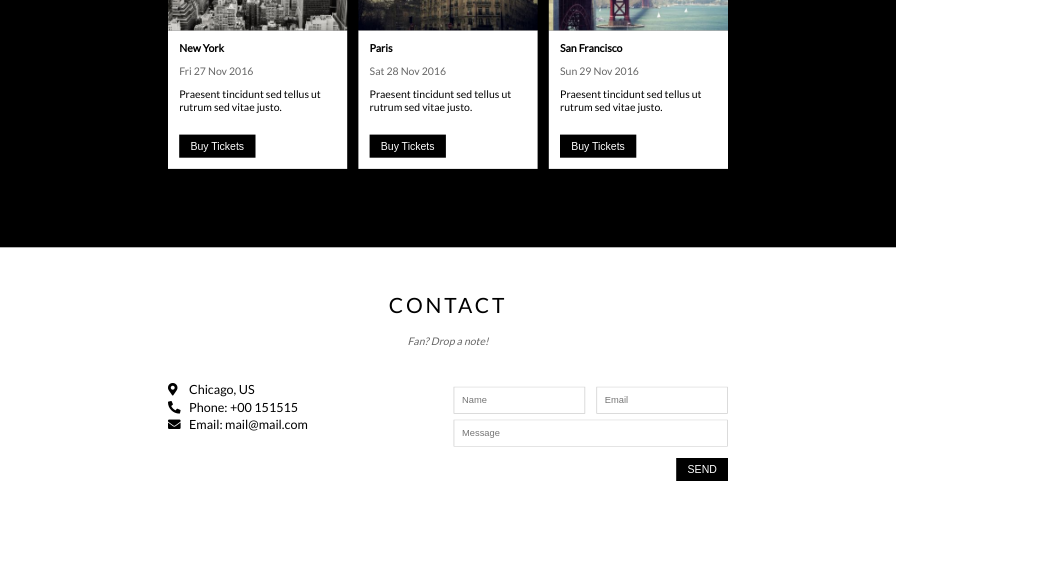
Repository: nguyenthaicong265/w3-band
Page: index.html
An editor plug-in stored every save of this project. The page is shown before and after the next save, followed by the edit.
The browser window is 1280 px wide. The page is 1280 px wide, then 1489 px, so the pictures cover 1489 px, including what lies to the right of the window. The pictures show the part of the page from y = 1885 to 3525 px (the page is 2697 px tall before and 3525 px after), at 70% of full size.

Above is the page before, as saved 2022-01-05 01:20:31.

### index.html
<!DOCTYPE html>
<html lang="en">
<head>
    <meta charset="UTF-8">
    <meta http-equiv="X-UA-Compatible" content="IE=edge">
    <meta name="viewport" content="width=device-width, initial-scale=1.0">
    <title>Document</title>
    <link rel="stylesheet" href="./assets/css/styles.css">
    <link rel="stylesheet" href="https://fonts.googleapis.com/css?family=Lato">
    <link rel="stylesheet" href="./assets/font/themify-icons-font/themify-icons/themify-icons.css">
    <link rel="stylesheet" href="./assets/font/fontawesome-free-5.15.4-web/css/all.css">
</head>
<body>
    <div id="main">
        <div id="header">
            <ul id="nav">
                <li><a href="">Home</a></li>
                <li><a href="">Band</a></li>
                <li><a href="">Tour</a></li>
                <li><a href="">Contact</a></li>
                <li>
                    <a href="#">
                        More
                        <i class="fas fa-sort-down"></i>
                    </a>
                    <ul class="subnav">
                        <li><a href="#">Merchandise</a></li>
                        <li><a href="#">Extras</a></li>
                        <li><a href="#">Media</a></li>
                    </ul>
                </li>
            </ul>
            <div class="search-button">
                <i class="fas fa-search text-white"></i>
            </div>
        </div>

        <div id="slider">
            <div class="text-content text-white">
                <h2 class="text-head">Los Angeles
                </h2>
                <div class="text-description">We had the best time playing at Venice Beach!
                </div>
            </div>
        </div>

        <div id="content">
            <!-- About-section -->
            <div class="band-section">
                <div class="content-section">
                    <h2 class="section-heading">
                    THE BAND
                    </h2>
                    <p class="section-sub-heading">
                    We love music
                    </p>
                    <p class="about-text">We have created a fictional band website. Lorem ipsum dolor sit amet, consectetur adipiscing elit, sed do eiusmod tempor incididunt ut labore et dolore magna aliqua. Ut enim ad minim veniam, quis nostrud exercitation ullamco laboris nisi ut aliquip ex ea commodo consequat. Duis aute irure dolor in reprehenderit in voluptate velit esse cillum dolore eu fugiat nulla pariatur. Excepteur sint occaecat cupidatat non proident, sunt in culpa qui officia deserunt mollit anim id est laborum consectetur adipiscing elit, sed do eiusmod tempor incididunt ut labore et dolore magna aliqua. Ut enim ad minim veniam, quis nostrud exercitation ullamco laboris nisi ut aliquip ex ea commodo consequat.
                    </p>

                    <!-- Member -->
                    <div class="members-list">
                        <div class="member-item">
                            <p class="member-name">Name</p>
                            <img src="./assets/img/band/member1.jpg" alt="Name" class="member-avatar">
                        </div>

                        <div class="member-item">
                            <p class="member-name">Name</p>
                            <img src="./assets/img/band/member1.jpg" alt="Name" class="member-avatar">
                        </div>

                        <div class="member-item">
                            <p class="member-name">Name</p>
                            <img src="./assets/img/band/member1.jpg" alt="Name" class="member-avatar">
                        </div>
                    </div>
                </div>
            </div>

            <!-- Tour-section -->
            <div class="tour-section">
                <div class="content-section">
                    <h2 class="section-heading text-white">
                    TOUR DATES
                    </h2>
                    <p class="section-sub-heading text-white">
                    Remember to book your tickets!
                    </p>

                    <!-- Tickets  -->
                    <ul class="tickets-list">
                        <li>September <span class="sold-out text-white">Sold out</span></li>
                        <li>October <span class="sold-out text-white">Sold out</span></li>
                        <li>November <span class="quantity text-white">3</span></li>
                    </ul>

                    <!-- Places -->
                    <div class="row places-list">
                        <div class="col col-third">
                            <img src="./assets/img/places/newyork.jpg" alt="New York" class="place-img">
                            <div class="place-body">
                                <h3 class="place-heading">
                                    New York
                                </h3>
                                <p class="place-time">
                                    Fri 27 Nov 2016
                                </p>
                                <p class="place-dsc">
                                    Praesent tincidunt sed tellus ut rutrum sed vitae justo.
                                </p>
                                <button class="btn js-buy-ticket">Buy Tickets</button>
                            </div>
                        </div>

                        <div class="col col-third">
                            <img src="./assets/img/places/paris.jpg" alt="Paris" class="place-img">
                            <div class="place-body">
                                <h3 class="place-heading">
                                    Paris
                                </h3>
                                <p class="place-time">
                                    Sat 28 Nov 2016
                                </p>
                                <p class="place-dsc">
                                    Praesent tincidunt sed tellus ut rutrum sed vitae justo.
                                </p>
                                <button class="btn js-buy-ticket">Buy Tickets</button>
                            </div>
                        </div>

                        <div class="col col-third">
                            <img src="./assets/img/places/sanfran.jpg" alt="San Francisco" class="place-img">
                            <div class="place-body">
                                <h3 class="place-heading">
                                    San Francisco
                                </h3>
                                <p class="place-time">
                                    Sun 29 Nov 2016
                                </p>
                                <p class="place-dsc">
                                    Praesent tincidunt sed tellus ut rutrum sed vitae justo.
                                </p>
                                <button class="btn js-buy-ticket">Buy Tickets</button>
                            </div>
                        </div>
                    </div>
                </div>
            </div>

            <!-- Begin: Contact-section -->
            <div class="content-section">
                <h2 class="section-heading">
                CONTACT</h2>
                <p class="section-sub-heading">
                Fan? Drop a note!</p>
                <div class="row contact-content">
                    <div class="col col-half contact-info">
                        <p><i class="fas fa-map-marker-alt"></i>Chicago, US</p>
                        <p><i class="fas fa-phone-alt"></i>Phone: +00 151515</p>
                        <p><i class="fas fa-envelope"></i>Email: mail@mail.com</p>
                    </div>
                    <div class="col col-half contact-form">
                        <form action="">
                            <div class="row mt-8">
                                <div class="col col-half">
                                    <input type="text" name="" required placeholder="Name" id="" class="form-control">
                                </div>
                                <div class="col col-half">
                                    <input type="email" name="" required placeholder="Email" id="" class="form-control">
                                </div>
                            </div>
                            <div class="row mt-8">
                                <div class="col col-full">
                                    <input type="text" name="" required placeholder="Message" id="" class="form-control">
                                </div>
                            </div>
                            <input class="btn pull-right mt-16" type="submit" value="SEND">
                        </form>
                    </div>
                </div>
            </div>
            <!-- End: Contact-section -->


            <img src="" alt="" class="map-section">
        </div>

        <div id="footer">

        </div>
    </div>
    <div class="modal js-modal">
         <div class="modal-contaner js-modal-container">
             <div class="modal-close js-modal-close">
                <i class="fas fa-times"></i>
             </div>

             <div class="modal-header text-white">
                <i class="fas fa-suitcase"></i> Tickets
             </div>

             <div class="modal-body">
                <label for="ticket-quantity" class="modal-label">
                    <i class="fas fa-shopping-cart"></i>
                    Tickets, $15 per person
                 </label>
                 <input type="text" id="ticket-quantity" class="modal-input" placeholder="How many?">

                 <label for="ticket-email" class="modal-label">
                    <i class="fas fa-user"></i>
                    Send To
                 </label>
                 <input type="text" id="ticket-email" class="modal-input" placeholder="Enter email">

                <button id="buy-ticket">
                    Pay
                    <i class="fas fa-check"></i>
                </button>
             </div>

             <div class="modal-footer">
                 <p class="modal-help">
                     Need <a href="">help?</button>
                 </p>
             </div>
         </div>
    </div>

    <script>
        const buyBtns = document.querySelectorAll('.js-buy-ticket')
        const modal = document.querySelector('.js-modal')
        const modalContainer = document.querySelector('.js-modal-container')
        const modalClose = document.querySelector('.js-modal-close')

        // Hàm hiển thị modal mua vé
        function showBuyTickets() {
            modal.classList.add('open')
        }

        // Hàm ẩn modal mua vé
        function closeBuyTickets() {
            modal.classList.remove('open')
        }

        // Lắng nghe click vào từng button Buy Ticket
        for (const buyBtn of buyBtns) {
            buyBtn.addEventListener('click', showBuyTickets)
        }

        // Lắng nghe click vào button close
        modalClose.addEventListener('click', closeBuyTickets)

        // Lắng nghe click vào modal
        modal.addEventListener('click', closeBuyTickets)

        // Lắng nghe click vào container
        modalContainer.addEventListener('click', function(event) {
            event.stopPropagation()
        })
    </script>
</body>
</html>

### assets/css/styles.css
/* Reset CSS */
* {
    padding: 0;
    margin: 0;
    box-sizing: border-box;
}

html {
    font-family: "Lato", sans-serif;
    font-size: 62.5%;
}

/* Common */
.clear {
    clear: both;
}

.text-white {
    color: #ffff !important;
}

.row {
    margin-left: -8px;
    margin-right: -8px;
    overflow: hidden;
}

.col {
    float: left;
    padding-left: 8px;
    padding-right: 8px;
}

.col-third {
    width: 33.33333%;
}

.col-half {
    width: 50%;
}

.col-full {
    width: 100%;
}

.mt-8 {
    margin-top: 8px;
}

.mt-16 {
    margin-top: 16px;
}

.btn {
    display: inline-block;
    font-size: 15px;
    color: #ffff;
    background-color: #000;
    text-decoration: none;
    padding: 8px 16px;
    margin-top: 16px;
    border: 0px;
    cursor: pointer;
}

.btn:hover {
    color: #000;
    background-color: #ccc;
}

.pull-right {
    float: right;
    overflow: hidden;
}

/* Main */

#main {

}

#header {
    position: fixed;
    top: 0;
    left: 0;
    right: 0;
    height: 46.5px;
    background-color: #000000;
    z-index: 1;
}

#header .search-button {
    float: right;
    padding: 0 21px;
}

#header .search-button:hover {
    cursor: pointer;
    background-color: #f44336!important;
}

#header .fa-search {
    font-size: 13px;
    line-height: 46px;
}

#nav, .subnav {
    display: inline-block;
    list-style-type: none;
}

#nav > li {
    display: inline-block;
}

#nav li {
    position: relative;
}

#nav > li > a {
    color: #ffffff;
    text-transform: uppercase;
}

#nav li a {
    text-decoration: none;
    line-height: 46.5px;
    padding: 0px 24px;
    font-size: 1.5rem;
    display: block;
}

#nav .fa-sort-down {
    font-size: 20px;
}

#nav li:hover .subnav {
    display: block;

}

#nav > li:hover > a,
#nav .subnav li:hover a {
    color: #000 !important;
    background-color: #ccc !important;
}

#nav .subnav {
    display: none;
    position: absolute;
    min-width: 160px;
    top: 46.5px;
    background-color: #ffffff;
    box-shadow: 0 0 10px rgba(0, 0, 0, 0.3);
}

#nav .subnav a {
    color: #000;
    padding: 0 12px;
    line-height: 38px;
}

#slider {
    position: relative;
    margin-top: 46px;
    padding-top: 50%;
    background: url(/assets/img/slider/slider1.jpg) top center / cover no-repeat;
}

#slider .text-content {
    position: absolute;
    bottom: 48px;
    width: 100%;
    text-align: center;
}

#slider .text-head {
    font-weight: 100;
    font-size: 24px;
    margin-bottom: 10px;
}
#slider .text-description {
    font-size: 15px;
    margin-top: 15px;
}

#content {
}

#content .content-section {
    width: 800px;
    padding: 64px 0 112px ;
    margin-left: auto;
    margin-right: auto;
}

#content .section-heading {
    font-size: 30px;
    font-weight: 400;
    letter-spacing: 4px;
    text-align: center;
}

#content .section-sub-heading {
    font-size: 15px;
    font-style: italic;
    text-align: center;
    opacity: 0.6;
    margin-top: 25px;
}

#content .about-text {
    text-align: justify;
    font-size: 15px;
    margin-top: 25px;
    line-height: 1.4;
}

#content .members-list {
    margin-top: 48px;
    overflow: hidden;
    padding-top: 32px !important;
    padding-bottom: 32px !important;
}

#content .member-item {
    float: left;
    width: 33.333333%;
    text-align: center;
}

#content .member-name {
    font-size: 15px;


}

#content .member-avatar {
    width: 60%;
    margin-top: 15px;
    border-radius: 4px;
}

.tour-section {
    background-color: #000;
    width: 100%;
}

.tickets-list {
    background-color: #ffffff;
    margin-top: 40px;
    list-style-type: none;
}

.tickets-list li {
    font-size: 15px;
    padding: 11px 16px;
    border-bottom: 1px solid #dddd;
    color: #757575;
}

.tickets-list .sold-out {
    background-color: #f44336!important;
    padding: 2px 7px;
    margin-left: 16px;
}

.tickets-list .quantity {
    float: right;
    width: 24px;
    height: 24px;
    background-color: #000;
    border-radius: 50%;
    line-height: 24px;
    text-align: center;
    margin-top: -3px;
}

.places-list {
    margin-top: 32px;
    overflow: hidden;
}

.place-img {
    display: block;
    width: 100%;
}

.place-img:hover {
    opacity: 0.6;
}

.place-body {
    background-color: #ffff;
    padding: 16px;
}

.place-heading {
    font-size: 15px;
    font-weight: bolder;
    margin-bottom: 15px;
}

.place-time {
    font-size: 15px;
    opacity: 0.6;
    margin-bottom: 15px;
}

.place-dsc {
    font-size: 15px;
    margin-bottom: 15px;
}

.fas {
    display: inline-block;
}

.contact-content {
    margin-top: 48px;
}

.contact-info {
    font-size: 18px;
    line-height: 1.4;
}

.contact-info .fas {
    width: 30px;
}

.contact-form {
    font-size: 15px;
}

.contact-form .form-control {
    padding: 11px;
    border: 1px solid #ccc;
    width: 100%;
}

#footer {

}

.modal {
    position: fixed;
    top: 0;
    right: 0;
    bottom: 0;
    left: 0;
    background: rgba(0, 0, 0, 0.4);
    align-items: center;
    justify-content: center;
    display: none;
}

.modal.open {
    display: flex;
}

.modal-contaner {
    background: #fff;
    width: 900px;
    max-width: calc(100% - 32px);
    min-height: 200px;
    position: relative;
    animation: modalFadeIn ease 0.5s;
}

.modal-close {
    position: absolute;
    right: 0;
    top: 0;
    padding: 15px;
    cursor: pointer;
    color: #fff;
    font-size: 15px;
}

.modal-close:hover {
    background-color: #ccc;
    color: #000;
}

.modal-header {
    background-color: #009688;
    height: 130px;
    display: flex;
    align-items: center;
    justify-content: center;
    font-size: 30px;
    letter-spacing: 5px;
}

.modal-header .fa-suitcase {
    margin-right: 15px;
}

.modal-body {
    padding: 15px;

}

.modal-body .modal-label {
    display: block;
    font-size: 15px;
    opacity: 0.8;
}

.modal-body .modal-input {
    border: 1px solid #ccc;
    padding: 8px;
    margin: 15px 0;
    width: 100%;
    font-size: 15px;
}

#buy-ticket {
    background-color: #009688;
    color: #fff;
    font-size: 15px;
    padding: 15px;
    width: 100%;
    border: 0px;
}

#buy-ticket:hover {
    background-color: #ccc;
    color: #000;
}

.modal-footer {
    padding: 16px;
    text-align: right;
    font-size: 15px;
}

.modal-help {
    top: 0;
    right: 0;
}

.modal-help a {
    color: #2196F3;
}

@keyframes modalFadeIn {
    from {
        opacity: 0;
        transform: translateY(-100px);
    }
    to {
        opacity: 1;
        transform: translateY(0px);
    }
}

Loaded but not shown: assets/font/themify-icons-font/themify-icons/themify-icons.css (common file); assets/font/fontawesome-free-5.15.4-web/css/all.css (library)

After the next save:
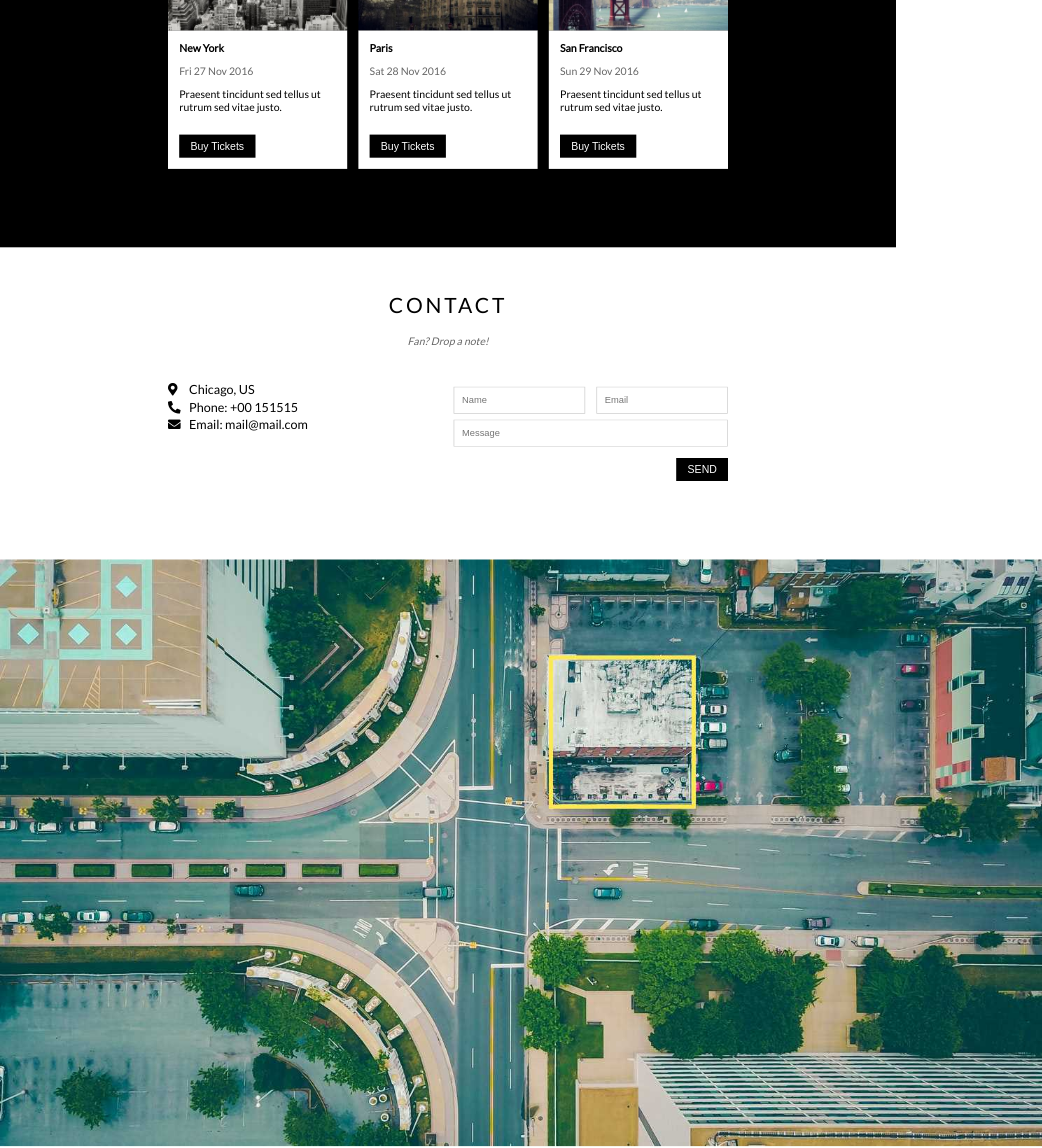
Saved 33 s later.
--- a/index.html
+++ b/index.html
@@ -182,7 +182,9 @@
             <!-- End: Contact-section -->
 
 
-            <img src="" alt="" class="map-section">
+            <div class="map-section">
+                <img src="./assets/img/map.jpg" alt="Map">
+            </div>
         </div>
 
         <div id="footer">
